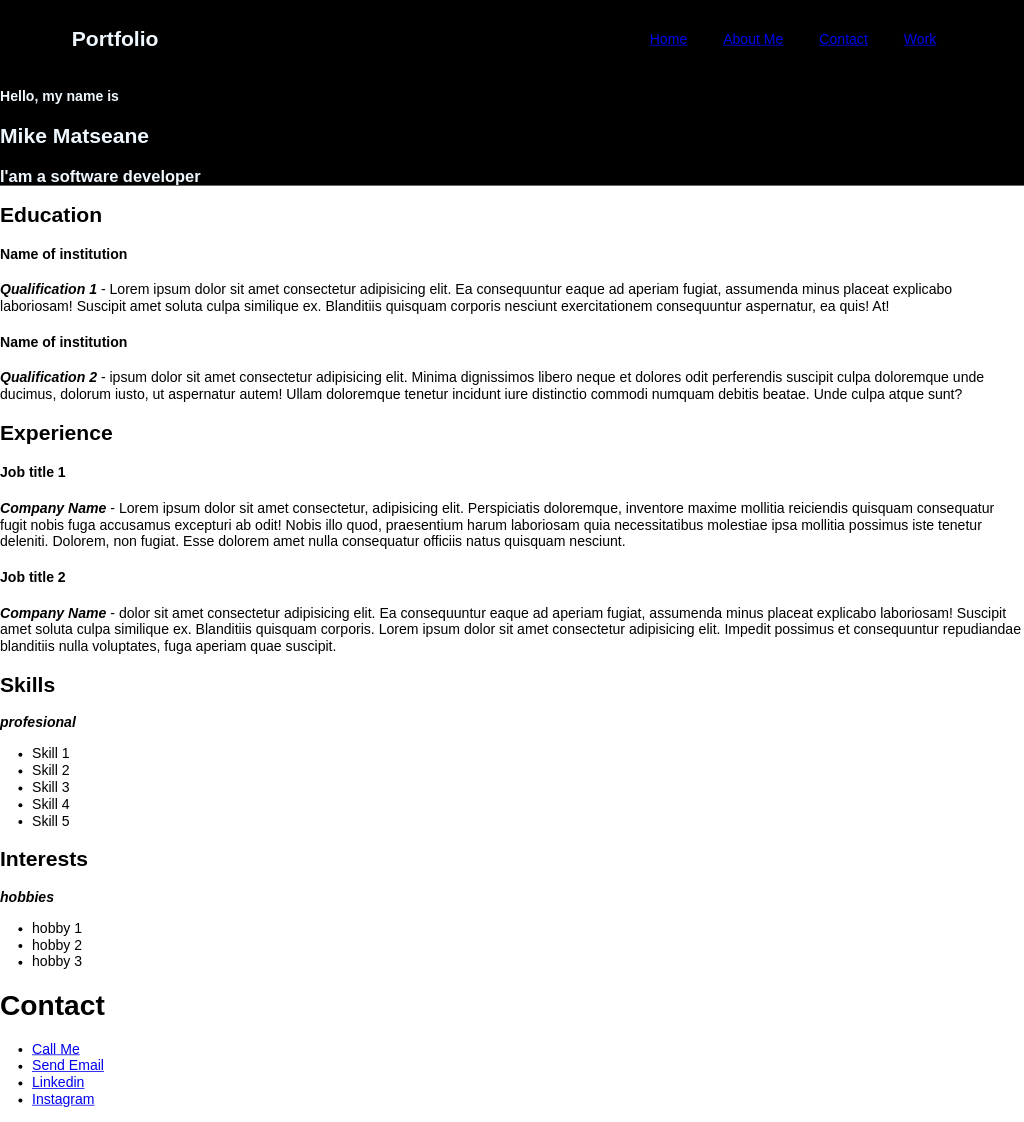
Repository: mikempho/Resume1
Page: resume1.html
These files come from the project's save history. The page is drawn as it stood at one moment and after the next save; the edit follows.
The browser window is 1280 px wide. The pictures show the whole page, at 80% of full size.

Above is the page before, as saved 2022-03-26 09:24:29.

After the next save:
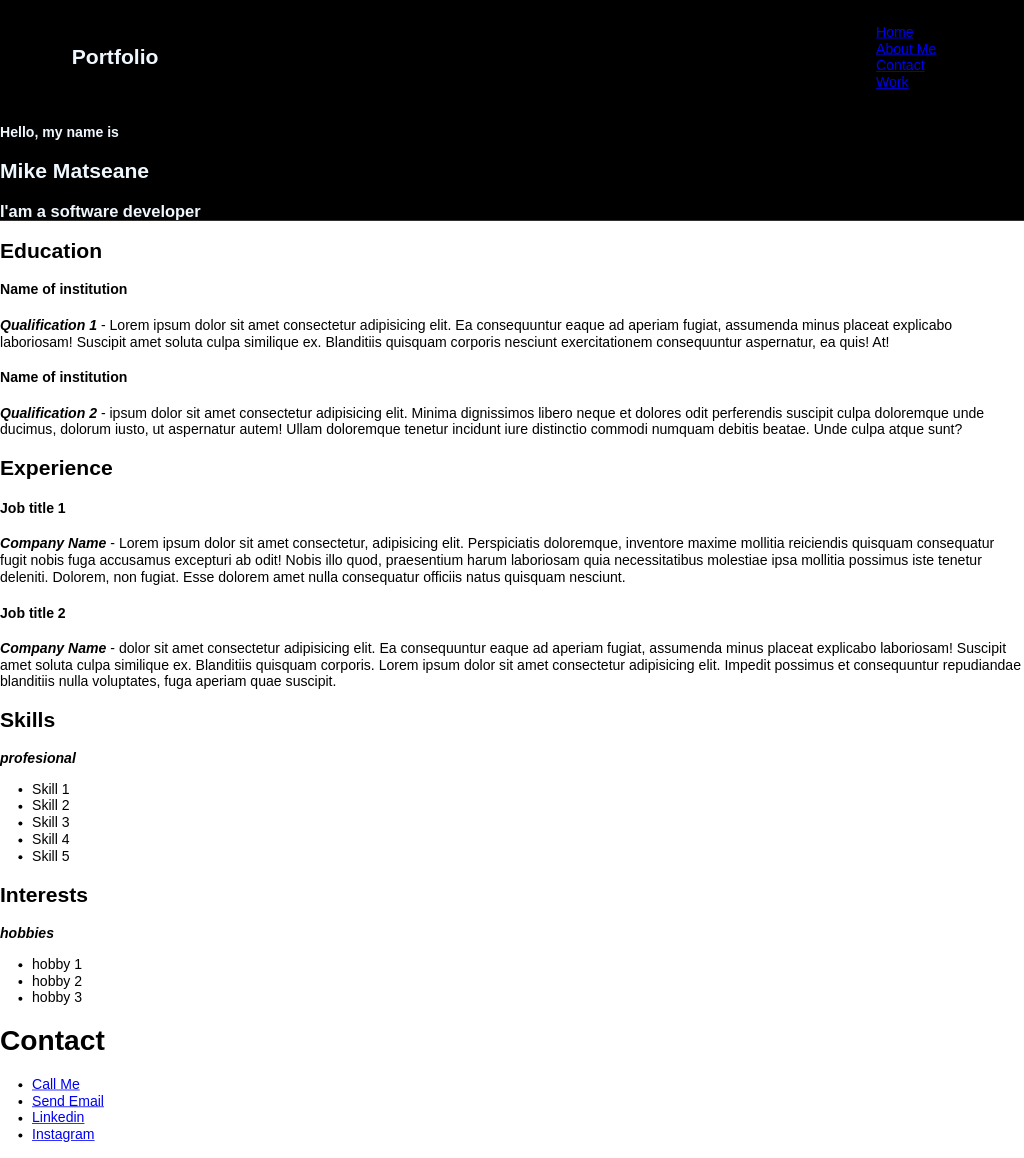
Saved 10 s later.
--- a/css/stylesheet.css
+++ b/css/stylesheet.css
@@ -20,7 +20,7 @@
   padding-right:7%;
 }
 
-nav ul li {
+nav ul  {
   list-style: none;
   display: inline;
   padding: 0 20px;

After the save that followed:
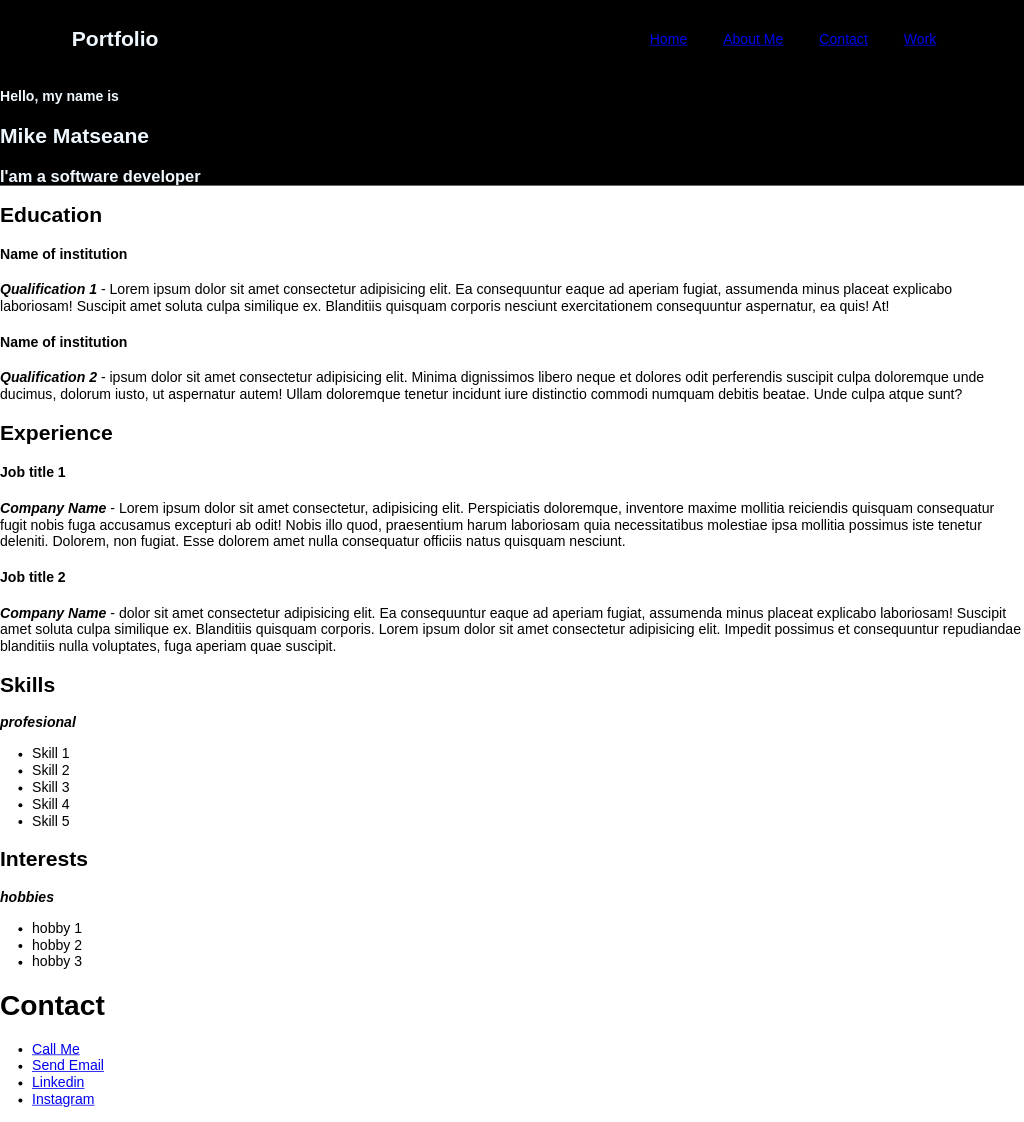
Saved 8 s later.
--- a/css/stylesheet.css
+++ b/css/stylesheet.css
@@ -20,7 +20,7 @@
   padding-right:7%;
 }
 
-nav ul  {
+nav ul li {
   list-style: none;
   display: inline;
   padding: 0 20px;
